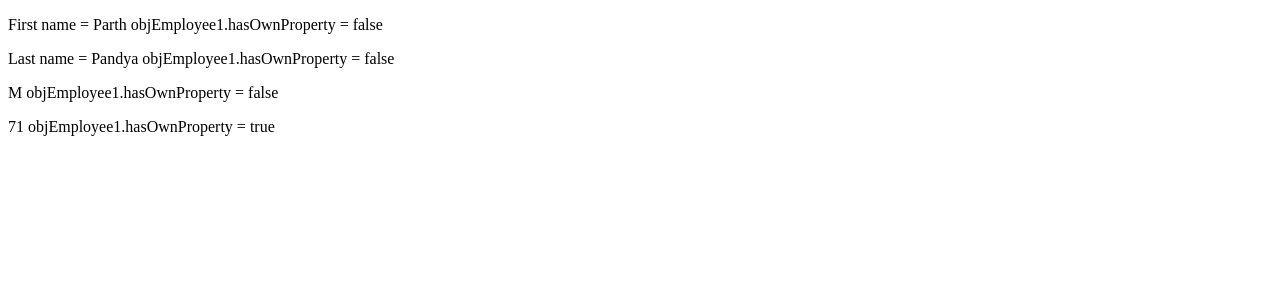
Repository: parthp17/273-Homework1
Page: Homework1/workspace/homework1/WebContent/Inheritance.html
These files come from the project's save history. The page is drawn as it stood at one moment and after the next save; the edit follows.
The browser window is 1280 px wide. The pictures show the whole page.

Above is the page before, as saved 2016-09-07 18:40:47.

After the next save:
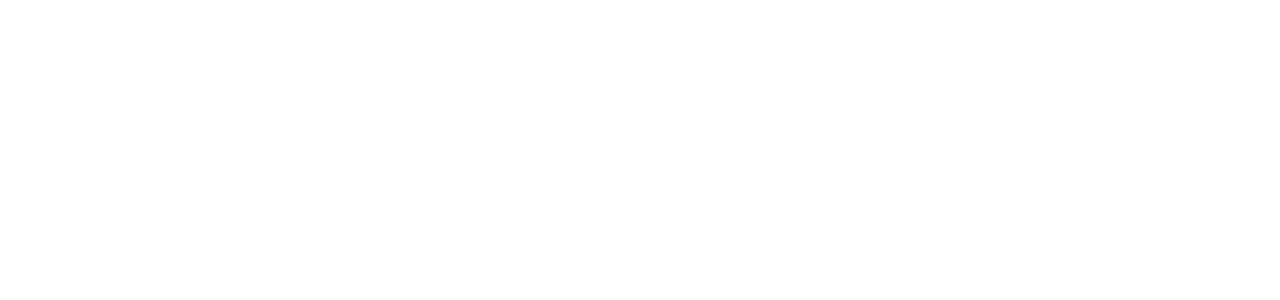
Console error: SyntaxError: Unexpected identifier 'objEmployee1'
Saved 7 s later.
--- a/Homework1/workspace/homework1/WebContent/Inheritance.html
+++ b/Homework1/workspace/homework1/WebContent/Inheritance.html
@@ -25,7 +25,7 @@
 var objEmployee1 = new Employee(71);
 document.getElementById("fname").innerHTML = "First name  = " + objEmployee1.fname + "		 objEmployee1.hasOwnProperty = "+ objEmployee1.hasOwnProperty("fname");
 document.getElementById("lname").innerHTML = "Last name  = "+  objEmployee1.lname +"		 objEmployee1.hasOwnProperty = "+ objEmployee1.hasOwnProperty("lname");
-document.getElementById("gender").innerHTML = objEmployee1.gender +"		 objEmployee1.hasOwnProperty = "+ objEmployee1.hasOwnProperty("gender");
+document.getElementById("gender").innerHTML = "  = " objEmployee1.gender +"		 objEmployee1.hasOwnProperty = "+ objEmployee1.hasOwnProperty("gender");
 document.getElementById("id").innerHTML = objEmployee1.empid +"		 objEmployee1.hasOwnProperty = "+ objEmployee1.hasOwnProperty("empid");
 }
 

After the 2 saves that followed:
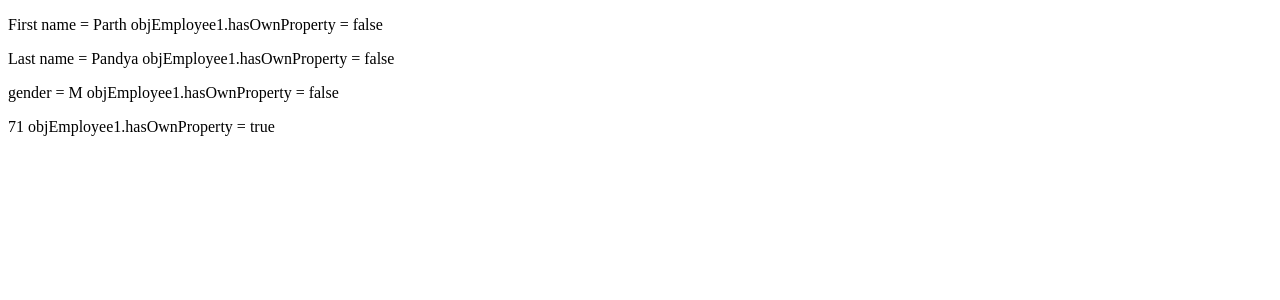
The error is gone.
The 2 saves are shown as one change because they came seconds apart.
The last was saved 10 s later.
--- a/Homework1/workspace/homework1/WebContent/Inheritance.html
+++ b/Homework1/workspace/homework1/WebContent/Inheritance.html
@@ -25,7 +25,7 @@
 var objEmployee1 = new Employee(71);
 document.getElementById("fname").innerHTML = "First name  = " + objEmployee1.fname + "		 objEmployee1.hasOwnProperty = "+ objEmployee1.hasOwnProperty("fname");
 document.getElementById("lname").innerHTML = "Last name  = "+  objEmployee1.lname +"		 objEmployee1.hasOwnProperty = "+ objEmployee1.hasOwnProperty("lname");
-document.getElementById("gender").innerHTML = "  = " objEmployee1.gender +"		 objEmployee1.hasOwnProperty = "+ objEmployee1.hasOwnProperty("gender");
+document.getElementById("gender").innerHTML = "gender  = " + objEmployee1.gender +"		 objEmployee1.hasOwnProperty = "+ objEmployee1.hasOwnProperty("gender");
 document.getElementById("id").innerHTML = objEmployee1.empid +"		 objEmployee1.hasOwnProperty = "+ objEmployee1.hasOwnProperty("empid");
 }
 
